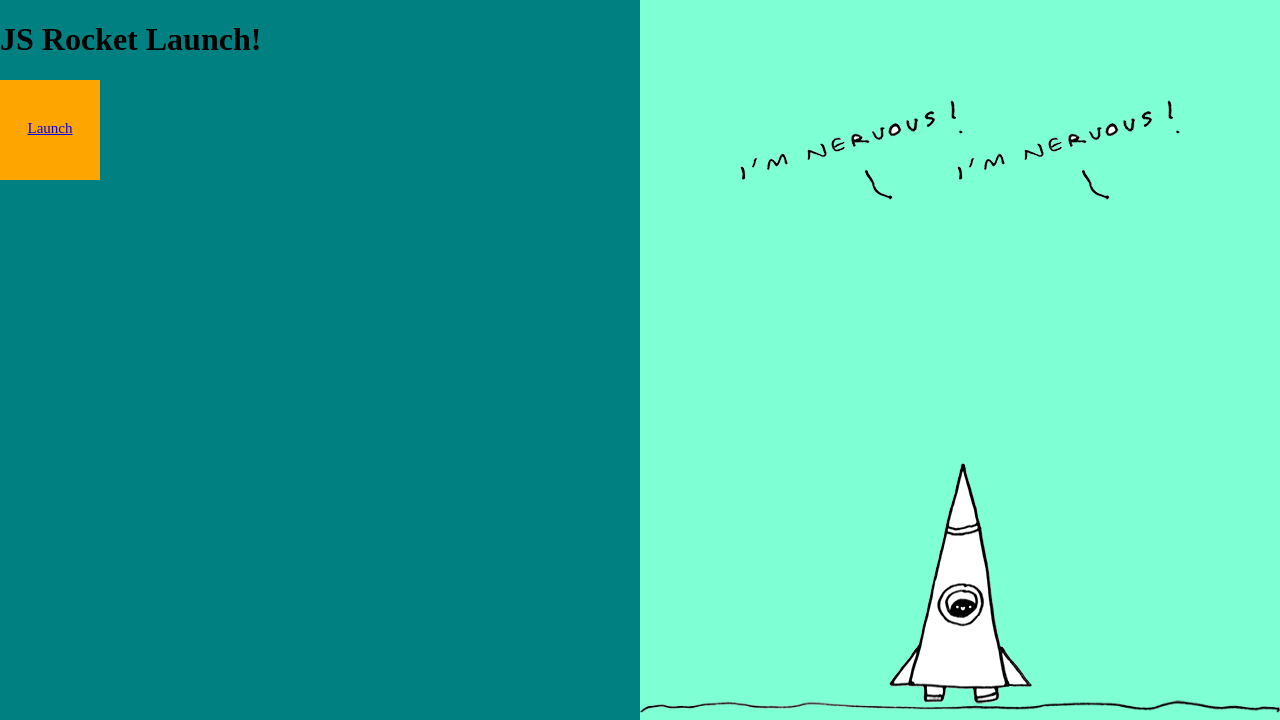
Repository: alcarrizo/Rocket-launch
Page: index.html
The author's editor kept a copy of each file at every save. The page is drawn from the files as they stood at one save, then again after the next save.
The browser window is 1280 px wide. The pictures show the whole page.

Above is the page before, as saved 2022-10-20 17:22:35.

After the next save:
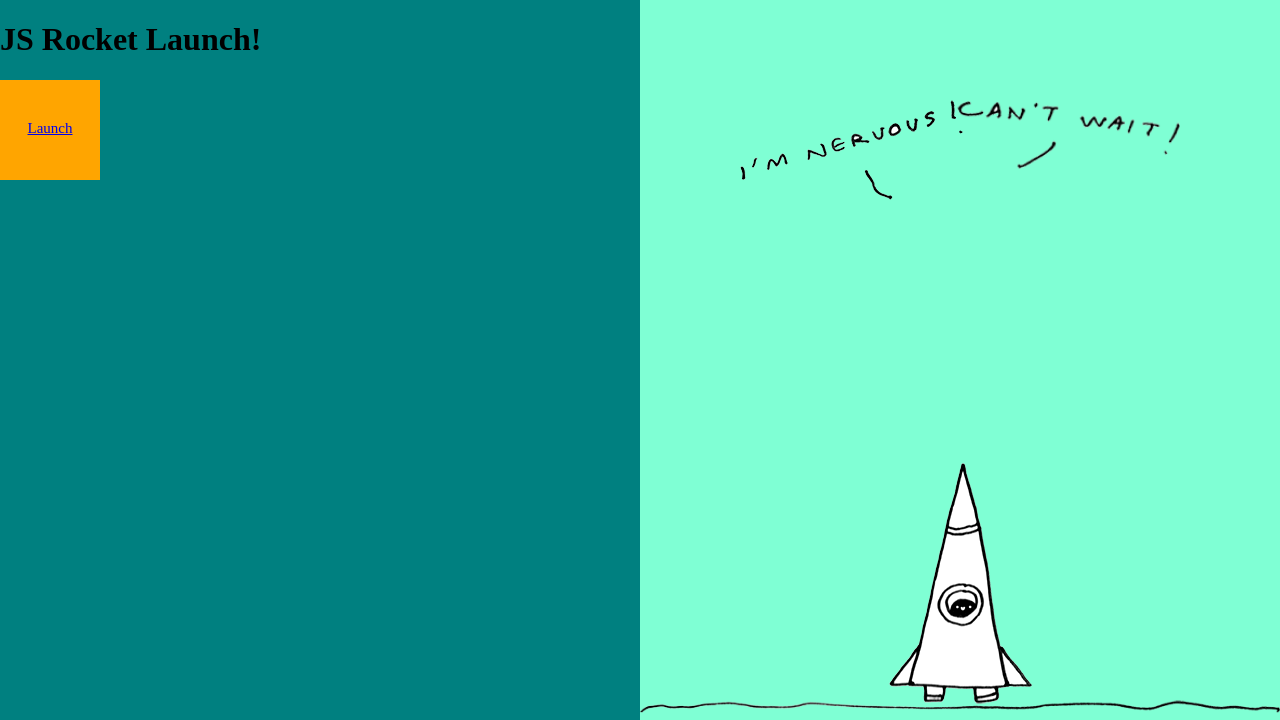
Saved 11 s later.
--- a/css/style.css
+++ b/css/style.css
@@ -84,7 +84,7 @@ body {
     position: absolute;
     top: 100px;
     right: 100px;
-    background: url('../img/nervous.png') no-repeat 0 0;
+    background: url('../img/cant-wait.png') no-repeat 0 0;
     background-size: 100%;
     width: 223px;
     height: 100px;
